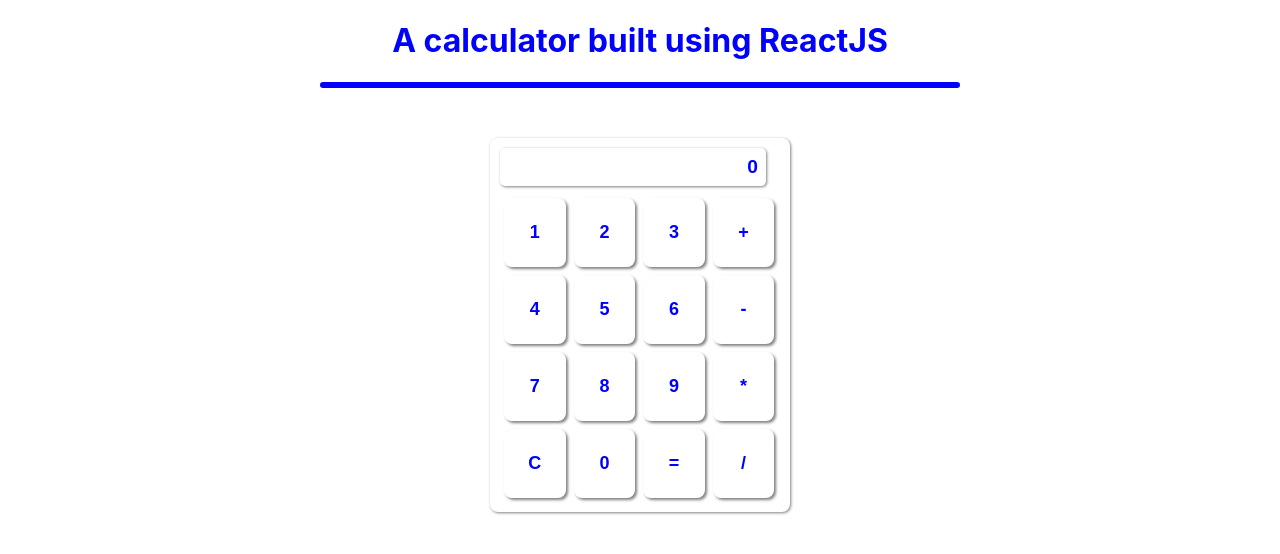
Repository: qudos4real/calculator
Page: /
These files come from the project's save history. The page is drawn as it stood at one moment and after the next save; the edit follows.
The browser window is 1280 px wide. The pictures show the whole page.
The project was rebuilt for these pictures with package versions that can differ from the ones it lists, and the page was loaded fresh each time.

Above is the page before, as saved 2022-10-10 09:08:18.

After the next save:
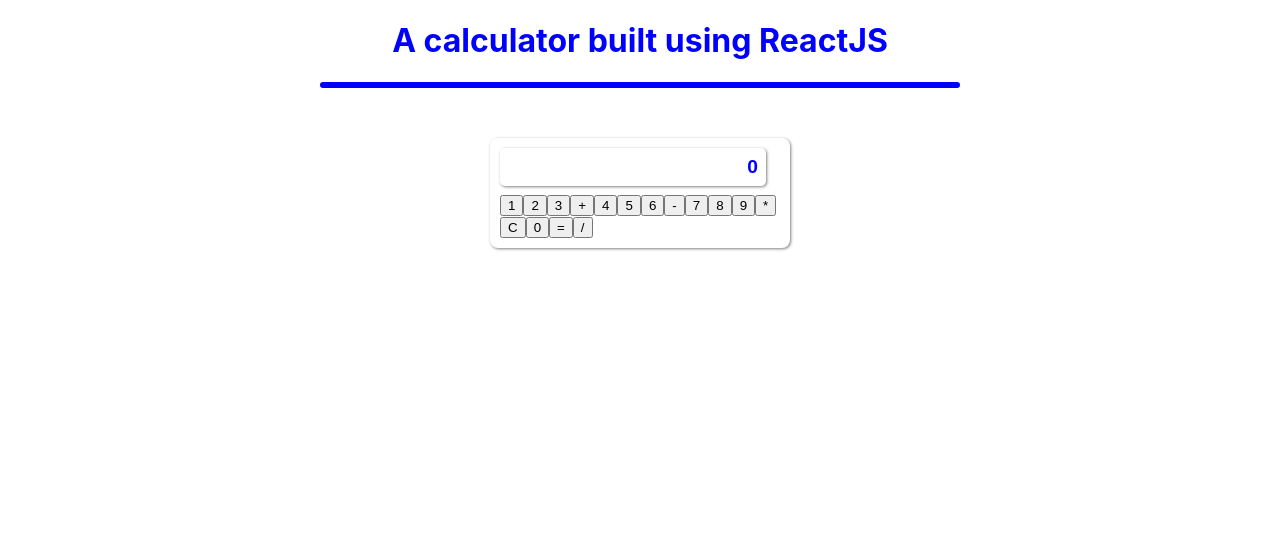
Saved 78 s later.
--- a/src/components/Calculator.js
+++ b/src/components/Calculator.js
@@ -40,7 +40,7 @@
       <input type="text" className="screen" value={val} onChange={(e) => setVal(e.target.value)} /> <br />
       {numbers.flat().map((num) => (
         <button
-          className={classNames.number}
+          className={classNames.sign}
           key={num}
           value={num}
           onClick={
